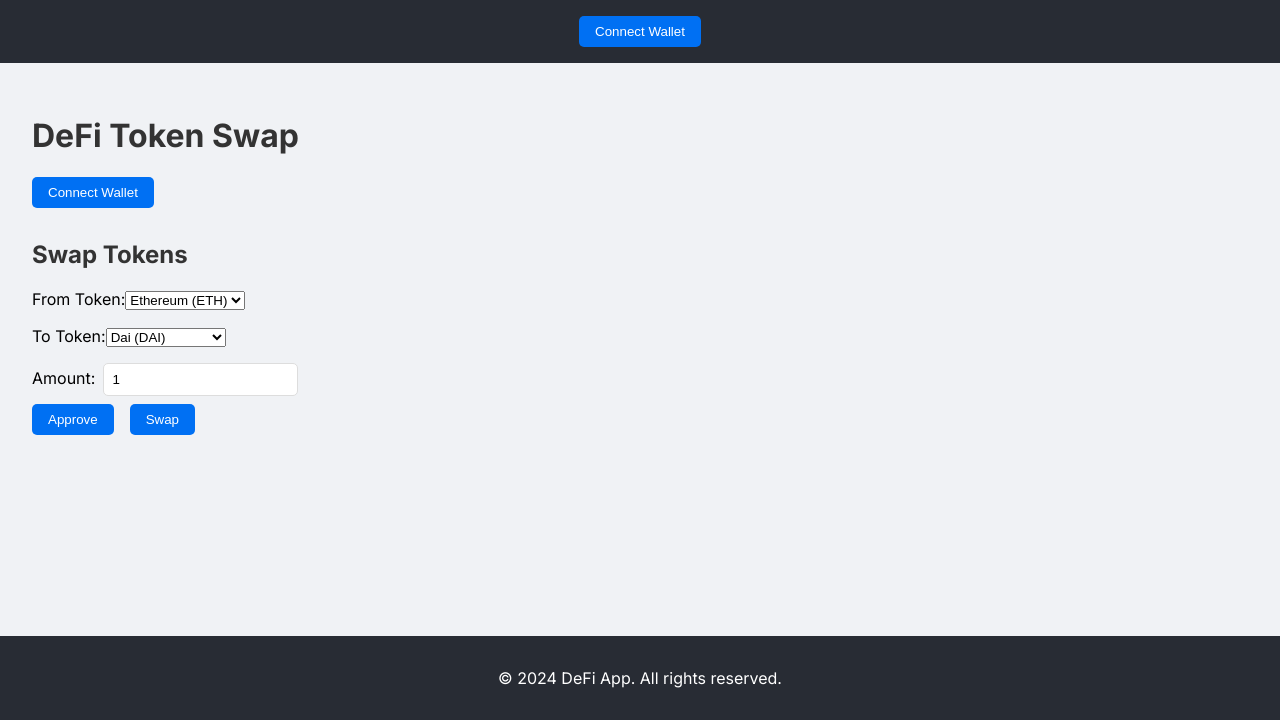
Repository: AllMightLegend/defi-token-swapping-app
Page: /
An editor plug-in stored every save of this project. The page is shown before and after the next save, followed by the edit.
The browser window is 1280 px wide. The pictures show the whole page.
The project was rebuilt for these pictures with package versions that can differ from the ones it lists, and the page was loaded fresh each time. Some packages were replaced by stand-ins written for this rebuild. The framework's server and built-in components were replaced by stand-ins that run in the browser. Also part of the build but not shown: next.config.mjs.

Above is the page before, as saved 2024-08-27 19:34:20.

After the next save:
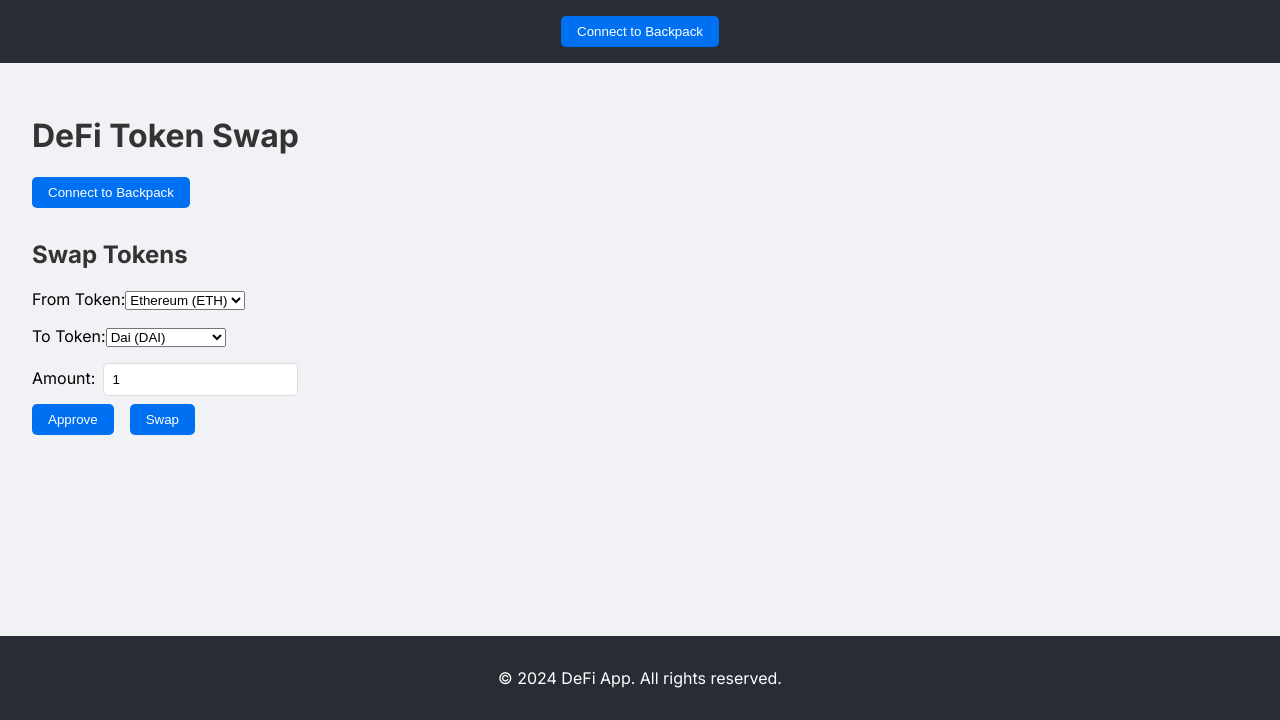
Saved 3 min 7 s later.
--- a/components/WalletConnector.tsx
+++ b/components/WalletConnector.tsx
@@ -1,49 +1,40 @@
+// Example in WalletConnector.tsx
+
 import React, { useState, useEffect } from 'react';
-import Web3Modal from 'web3modal';
-import { ethers } from 'ethers';
 import { Connection, PublicKey, clusterApiUrl } from '@solana/web3.js';
 
 const WalletConnector: React.FC = () => {
   const [walletAddress, setWalletAddress] = useState<string | null>(null);
-  const [provider, setProvider] = useState<any | null>(null);
 
   const connectWallet = async () => {
-    const { solana } = window as any;
-
-    if (solana && solana.isPhantom) {
-      const response = await solana.connect();
-      setWalletAddress(response.publicKey.toString());
-      const connection = new Connection(clusterApiUrl('mainnet-beta'));
-      console.log('Connected to Backpack:', response.publicKey.toString());
-    } else {
-      const web3Modal = new Web3Modal();
-      const instance = await web3Modal.connect();
-      const ethersProvider = new ethers.providers.Web3Provider(instance);
-      const signer = ethersProvider.getSigner();
-      const address = await signer.getAddress();
-      setWalletAddress(address);
-      setProvider(ethersProvider);
+    try {
+      const { solana } = window as any;
+      if (solana && solana.isPhantom) {
+        const response = await solana.connect();
+        setWalletAddress(response.publicKey.toString());
+        console.log('Connected to wallet:', response.publicKey.toString());
+      } else {
+        alert('Please install Backpack wallet to use this app.');
+      }
+    } catch (error) {
+      console.error('Error connecting to Backpack wallet:', error);
     }
   };
 
-  const disconnectWallet = () => {
-    if (provider?.disconnect) {
-      provider.disconnect();
+  useEffect(() => {
+    const { solana } = window as any;
+    if (solana && solana.isPhantom) {
+      solana.on('accountChanged', (publicKey: PublicKey) => {
+        setWalletAddress(publicKey ? publicKey.toString() : null);
+      });
     }
-    setWalletAddress(null);
-    setProvider(null);
-  };
+  }, []);
 
   return (
     <div>
-      {walletAddress ? (
-        <>
-          <p>Connected: {walletAddress}</p>
-          <button onClick={disconnectWallet}>Disconnect</button>
-        </>
-      ) : (
-        <button onClick={connectWallet}>Connect Wallet</button>
-      )}
+      <button onClick={connectWallet}>
+        {walletAddress ? `Connected: ${walletAddress}` : 'Connect to Backpack'}
+      </button>
     </div>
   );
 };
